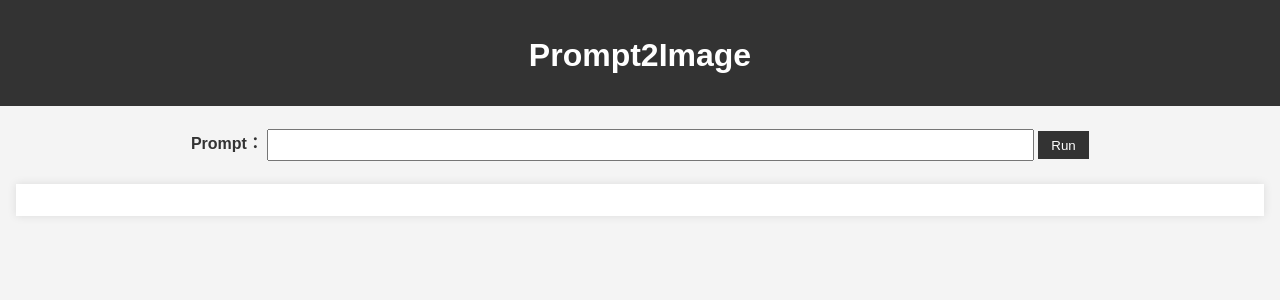
Repository: XTTTZ/Prompt2Image
Page: main1.html
An editor plug-in stored every save of this project. The page is shown before and after the next save, followed by the edit.
The browser window is 1280 px wide. The pictures show the whole page.

Above is the page before, as saved 2023-11-13 05:56:28.

### main1.html
<!DOCTYPE html>
<html lang="en">

<head>
    <meta charset="UTF-8">
    <meta name="viewport" content="width=device-width, initial-scale=1.0">
    <title>Prompt2Image</title>
    <style>
        body {
            font-family: 'Arial', sans-serif;
            margin: 0;
            padding: 0;
            background-color: #f4f4f4;
            color: #333;
        }

        header {
            background-color: #333;
            color: #fff;
            text-align: center;
            padding: 1em;
        }

        h1 {
            margin-bottom: 0.5em;
        }

        form {
            text-align: center;
            margin: 1em;
        }

        label {
            font-weight: bold;
        }

        input {
            padding: 0.5em;
            margin: 0.5em 0;
            width: 60%;
        }

        button {
            padding: 0.5em 1em;
            background-color: #333;
            color: #fff;
            border: none;
            cursor: pointer;
        }

        button:hover {
            background-color: #555;
        }

        #searchResult {
            margin: 1em;
            padding: 1em;
            background-color: #fff;
            box-shadow: 0 0 10px rgba(0, 0, 0, 0.1);
        }
    </style>
</head>

<body>
    <header>
        <h1>Prompt2Image</h1>
    </header>

    <form id="searchForm">
        <label for="searchInput">Prompt：</label>
        <input type="text" id="searchInput" name="searchInput">
        <button type="button" onclick="performSearch()">Run</button>
    </form>

    <div id="searchResult"></div>

    <!-- Display generated images -->
    <div id="generatedImages" class="generatedImage"></div>

    <button id="downloadButton" onclick="downloadImages()" style="display:none">Download Images</button>

    <script>
        var second;
        second = 0;
        var clock;
        function startTimer() {
            clock = setInterval(timer, 1000)
        }
        function performSearch() {
            var searchInput = document.getElementById('searchInput').value;
            if (searchInput == '') {

            }
            else {
                // 使用AJAX发送搜索内容到后端
                var xhr = new XMLHttpRequest();
                xhr.open('POST', '/search', true);
                xhr.setRequestHeader('Content-Type', 'application/json');
                xhr.onreadystatechange = function () {
                    if (xhr.readyState == 4 && xhr.status == 200) {
                        // 处理从后端返回的结果
                        var result = JSON.parse(xhr.responseText);
                        document.getElementById('searchResult').innerHTML = '搜索结果：' + result.message + result.Time_used;
                    }
                };
                xhr.send(JSON.stringify({ query: searchInput }));

                // Simulate a response with an array of sample image URLs
                var imageUrls = [
                    'http://34.31.89.48:5000/download/image_0',
                    'https://via.placeholder.com/256',
                    'https://via.placeholder.com/256',
                    'https://via.placeholder.com/256',
                    // Add more image URLs as needed
                ];

                // Display the generated images
                var generatedImagesContainer = document.getElementById('generatedImages');
                var downloadButton = document.getElementById('downloadButton');

                // Clear previous content
                generatedImagesContainer.innerHTML = '';

                // Append image elements dynamically
                imageUrls.forEach(function (url) {
                    var img = document.createElement('img');
                    img.src = url;
                    generatedImagesContainer.appendChild(img);
                });

                // Display the container and download button
                generatedImagesContainer.style.display = 'block';
                downloadButton.style.display = 'block';
            }


        }

        function downloadImages() {
            // Simulate image download with sample image URLs
            var imageUrls = [
                'http://34.31.89.48:5000/download/image_0',
                'http://34.31.89.48:5000/download/image_0',
                'http://34.31.89.48:5000/download/image_0',
                'http://34.31.89.48:5000/download/image_0',
                // Add more image URLs as needed
            ];

            // Create a link element for each image and trigger download
            imageUrls.forEach(function (url, index) {
                var a = document.createElement('a');
                a.href = url;
                a.download = 'generated_image_' + (index + 1) + '.png';
                document.body.appendChild(a);
                a.click();
                document.body.removeChild(a);
            });
        }
    </script>
</body>

</html>

After the next save:
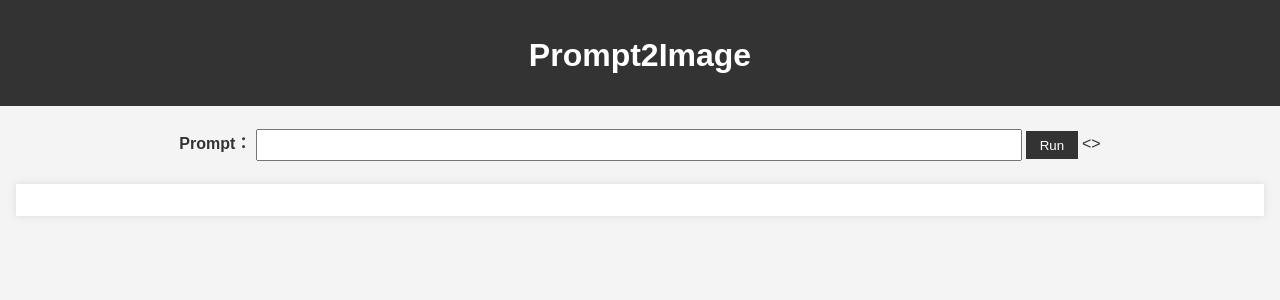
Saved 105 s later.
--- a/main1.html
+++ b/main1.html
@@ -70,6 +70,7 @@
         <label for="searchInput">Prompt：</label>
         <input type="text" id="searchInput" name="searchInput">
         <button type="button" onclick="performSearch()">Run</button>
+        <>
     </form>
 
     <div id="searchResult"></div>
@@ -85,6 +86,10 @@
         var clock;
         function startTimer() {
             clock = setInterval(timer, 1000)
+        }
+        function timer() {
+            second++
+            document.getElementById('time')
         }
         function performSearch() {
             var searchInput = document.getElementById('searchInput').value;
